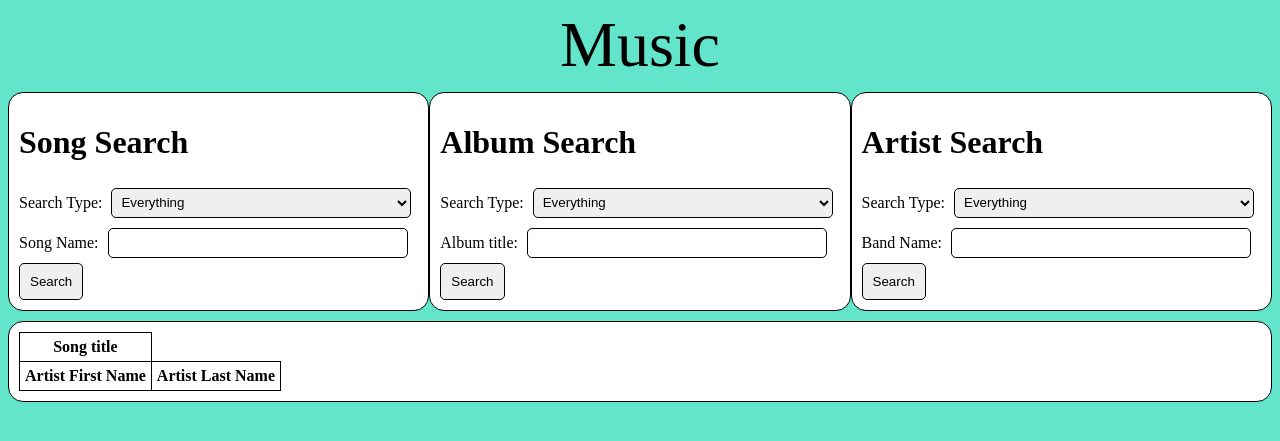
Repository: bparambath/bkp12_INFSCI1017
Page: bkp12_MusicJPAWeb/WebContent/song2.html
These files come from the project's save history. The page is drawn as it stood at one moment and after the next save; the edit follows.
The browser window is 1280 px wide. The pictures show the whole page.

Above is the page before, as saved 2019-04-19 02:57:17.

### bkp12_MusicJPAWeb/WebContent/song2.html
<html>
<head>
<meta charset="UTF-8">
<title>Music Songs</title>
<script src="js/jquery-3.3.1.min.js"></script>
<link href="css/style.css" rel="stylesheet" type="text/css" />
<style>
/*https://www.w3schools.com/howto/tryit.asp?filename=tryhow_css_three_columns*/
* {
  box-sizing: border-box;
}

/* Create three equal columns that floats next to each other */
.column {
  float: left;
  width: 33.33%;
  padding: 10px;
}

/* Clear floats after the columns */
.row:after {
  content: "";
  display: table;
  clear: both;
}
</style>
</head>
<body>
<p style="text-align:center;font-size:64px;margin:0;">Music</p>
<div class="row">
	<div class="column" id="songSearch">
		<h1>Song Search</h1>
		<div>
			Search Type:
			<select name="searchTypeSong" id="searchTypeSong" class="textField">
				<option value="">Everything</option>
				<option value="equals">Equals</option>
				<option value="begins">Begins</option>
				<option value="ends">Ends</option>
				<option value="contains">Contains</option>
			</select>
		</div>
		<div>
			Song Name: <input type="text" id="titleSong" name="titleSong" value="" class="textField" />
		</div>
		<div>
			<input type="button" id="btnSong" name="btnSong" value="Search" />
		</div>
	</div>
	<div class="column" id="albumSearch">
		<h1>Album Search</h1>
		<div>
			Search Type:
			<select name="searchTypeAlbum" id="searchTypeAlbum" class="textField">
				<option value="">Everything</option>
				<option value="equals">Equals</option>
				<option value="begins">Begins</option>
				<option value="ends">Ends</option>
				<option value="contains">Contains</option>
			</select>
		</div>
		<div>
			Album title: <input type="text" id="titleAlbum" name="titleAlbum" value="" class="textField" />
		</div>
		<div>
			<input type="button" id="btnAlbum" name="btnAlbum" value="Search" />
		</div>
	</div>
	<div class="column" id="artistSearch">
		<h1>Artist Search</h1>
		<div>
			Search Type:
			<select name="searchTypeArtist" id="searchTypeArtist" class="textField">
				<option value="">Everything</option>
				<option value="equals">Equals</option>
				<option value="begins">Begins</option>
				<option value="ends">Ends</option>
				<option value="contains">Contains</option>
			</select>
		</div>
		<div>
			Band Name: <input type="text" id="titleArtist" name="titleArtist" value="" class="textField" />
		</div>
		<div>
			<input type="button" id="btnArtist" name="btnArtist" value="Search" />
		</div>
	</div>
</div>

<div id="searchResults">
	<table id="tblSearchResults" >
		<tr class="hide1">
			<th>Song title</th>
			<th>Song Length</th>
			<th>Song File Path</th>
			<th>Song Release Date</th>
			<th>Song Record Date</th>
		</tr>
		<tr class="hide2">
			<th>Album title</th>
			<th>Album release date</th>
			<th>Album cover image path</th>
			<th>Album recording company</th>
			<th>Album number of tracks</th>
			<th>Album PMRC rating</th>
			<th>Album length</th>
		</tr>
		<tr class="hide3">
			<th>Artist first name</th>
			<th>Artist last name</th>
			<th>Artist band name</th>
			<th>Artist bio</th>
		</tr>
		<tr class="hide4">
			<th>Song title</th>
		</tr>
		<tr class="hide5">
			<th>Artist First Name</th>
			<th>Artist Last Name</th>
		</tr>
	</table>
</div>

</body>
<script>
	$(document).ready(function (){
		$('.hide1').hide();
		$('.hide2').hide();
		$('.hide3').hide();

		$("#btnSong").click(function (){
			search("song");
		});
		$("#btnAlbum").click(function (){
			search("album");
		});
		$("#btnArtist").click(function (){
			search("artist");
		});

		$("#titleSong").keyup(function(){
			var keyPressed = $("#titleSong").val();
			if(keyPressed.length > 2){
				search("song");
			}else{
				$(".dataRow").remove();
			}
		});
		$("#titleAlbum").keyup(function(){
			var keyPressed = $("#titleAlbum").val();
			if(keyPressed.length > 2){
				search("album");
			}else{
				$(".dataRow").remove();
			}
		});
		$("#titleArtist").keyup(function(){
			var keyPressed = $("#titleArtist").val();
			if(keyPressed.length > 2){
				search("artist");
			}else{
				$(".dataRow").remove();
			}
		});
	});

	function search(searchType){
		if(searchType === "song"){
			var titleSong = $("#titleSong").val();
			var searchTypeSong = $("#searchTypeSong").val();


			// console.log("Song: " + titleSong);
			// console.log("searchTypeSong: " + searchTypeSong);
			var url = "/bkp12_MusicJPAWeb/servlets/SongListWS?title=" + titleSong + "&searchType=" + searchTypeSong;
			// console.log(url);
			$.get(url, function(resp){
				// console.log(resp);
				parseSongData(resp);

			})
		}else if(searchType === "album"){
			var titleAlbum = $("#titleAlbum").val();
			var searchTypeAlbum = $("#searchTypeAlbum").val();


			// console.log("Song: " + titleSong);
			// console.log("searchTypeSong: " + searchTypeSong);
			var url = "/bkp12_MusicJPAWeb/servlets/AlbumListWS?title=" + titleAlbum + "&searchType=" + searchTypeAlbum;
			// console.log(url);
			$.get(url, function(resp){
				// console.log(resp);
				parseAlbumData(resp);

			})
		}else if(searchType === "artist"){
			var titleArtist = $("#titleArtist").val();
			var searchTypeArtist = $("#searchTypeArtist").val();

			// console.log("Artist: " + titleArtist);
			// console.log("searchTypeArtist: " + searchTypeArtist);
			var url = "/bkp12_MusicJPAWeb/servlets/ArtistListWS?bandName=" + titleArtist + "&searchType=" + searchTypeArtist;
			// console.log(url);
			$.get(url, function(resp){
				// console.log(resp);
				parseArtistData(resp);

			})
		}else{
			console.log("error");
		}
	}

	function parseSongData(data){
		// $("#searchResults").text(JSON.stringify(data));
		$('.hide1').show();
		$('.hide2').hide();
		$('.hide3').hide();
		$(".dataRow").remove();

		var result = "";
		for(var i=0; i < data.length; i++){
			var tr = $("<tr class='dataRow'></tr>"); // created empty html table row

			// First data cell
			var td = $("<td></td>"); // created empty html table data
			td.html(data[i].title);
			tr.append(td);

			// Second data cell
			// Note that we don't need to redeclare this
			td = $("<td></td>");
			td.html(data[i].length)
			tr.append(td);

			// Third data cell
			// Note that we don't need to redeclare this
			td = $("<td></td>");
			td.html(data[i].file_path)
			tr.append(td);

			// Fourth data cell
			// Note that we don't need to redeclare this
			td = $("<td></td>");
			td.html(data[i].release_date)
			tr.append(td);

			// Fifth data cell
			// Note that we don't need to redeclare this
			td = $("<td></td>");
			td.html(data[i].record_date)
			tr.append(td);

			// data cell
			// Note that we don't need to redeclare this
			//td = $("<td></td>");
			//var link = "<a href='song.html?song_id=" + data[i].song_id + "'>View Songs</a>";
			//td.html(link)
			//tr.append(td);

			// Append row to the table
			$("#tblSearchResults").append(tr);

			// result += 'Name: ' + data[i].genre_name + ' Description: ' + data[i].description + '<br />';
		}

		// $("#searchResults").html(result);
	}
	function parseAlbumData(data){
		// $("#searchResults").text(JSON.stringify(data));
		$('.hide1').hide();
		$('.hide2').show();
		$('.hide3').hide();
		$(".dataRow").remove();
		var result = "";
		for(var i=0; i < data.length; i++){
			var tr = $("<tr class='dataRow'></tr>"); // created empty html table row

			// First data cell
			var td = $("<td></td>"); // created empty html table data
			td.html(data[i].title);
			tr.append(td);

			// Second data cell
			// Note that we don't need to redeclare this
			td = $("<td></td>");
			td.html(data[i].release_date)
			tr.append(td);

			// Third data cell
			// Note that we don't need to redeclare this
			td = $("<td></td>");
			td.html(data[i].cover_image_path)
			tr.append(td);

			// Fourth data cell
			// Note that we don't need to redeclare this
			td = $("<td></td>");
			td.html(data[i].recording_company)
			tr.append(td);

			// Fifth data cell
			// Note that we don't need to redeclare this
			td = $("<td></td>");
			td.html(data[i].number_of_tracks)
			tr.append(td);

			// Sixth data cell
			// Note that we don't need to redeclare this
			td = $("<td></td>");
			td.html(data[i].pmrcRating)
			tr.append(td);

			// Seventh data cell
			// Note that we don't need to redeclare this
			td = $("<td></td>");
			td.html(data[i].length)
			tr.append(td);

			// data cell
			// Note that we don't need to redeclare this
			//td = $("<td></td>");
			//var link = "<a href='song.html?song_id=" + data[i].song_id + "'>View Songs</a>";
			//td.html(link)
			//tr.append(td);

			// Append row to the table
			$("#tblSearchResults").append(tr);

			// result += 'Name: ' + data[i].genre_name + ' Description: ' + data[i].description + '<br />';
		}

		// $("#searchResults").html(result);
	}
	function parseArtistData(data){
		// $("#searchResults").text(JSON.stringify(data));
		$('.hide1').hide();
		$('.hide2').hide();
		$('.hide3').show();
		$(".dataRow").remove();
		var result = "";
		console.log(data);
		for(var i=0; i < data.length; i++){
			var tr = $("<tr class='dataRow'></tr>"); // created empty html table row

			// First data cell
			var td = $("<td></td>"); // created empty html table data
			td.html(data[i].first_name);
			tr.append(td);

			// Second data cell
			// Note that we don't need to redeclare this
			td = $("<td></td>");
			td.html(data[i].last_name)
			tr.append(td);

			// Third data cell
			// Note that we don't need to redeclare this
			td = $("<td></td>");
			td.html(data[i].band_name)
			tr.append(td);

			// Fourth data cell
			// Note that we don't need to redeclare this
			td = $("<td></td>");
			td.html(data[i].bio)
			tr.append(td);

			// data cell
			// Note that we don't need to redeclare this
			//td = $("<td></td>");
			//var link = "<a href='song.html?song_id=" + data[i].song_id + "'>View Songs</a>";
			//td.html(link)
			//tr.append(td);

			// Append row to the table
			$("#tblSearchResults").append(tr);

			// result += 'Name: ' + data[i].genre_name + ' Description: ' + data[i].description + '<br />';
		}

		// $("#searchResults").html(result);
	}
</script>
</html>

### bkp12_MusicJPAWeb/WebContent/css/style.css
#genreSearch{
	border: 1px solid #000;
	padding: 10px;
	border-radius: 15px;
}

body{
    background-color: #62e5cb;
}

.textField{
	border: 1px solid #000;
	border-radius: 5px;
	padding: 5px;
	margin: 5px;
	width: 300px;
	height: 30px;
}

.column{
	border: 1px solid #000;
	padding: 10px;
	margin-top: 10px;
	border-radius: 15px;
	background-color: white;
}

#searchResults{
	border: 1px solid #000;
	padding: 10px;
	margin-top: 10px;
	border-radius: 15px;
	background-color: white;
}

input[type=button]{
	border: 1px solid #000;
	padding: 10px;
	border-radius: 5px;

}
#tblSearchResults{
	border-collapse: collapse;
}

#tblSearchResults tr th, td{
	border: 1px solid #000;
	padding: 5px;

}

Loaded but not shown: bkp12_MusicJPAWeb/WebContent/js/jquery-3.3.1.min.js (library)

After the next save:
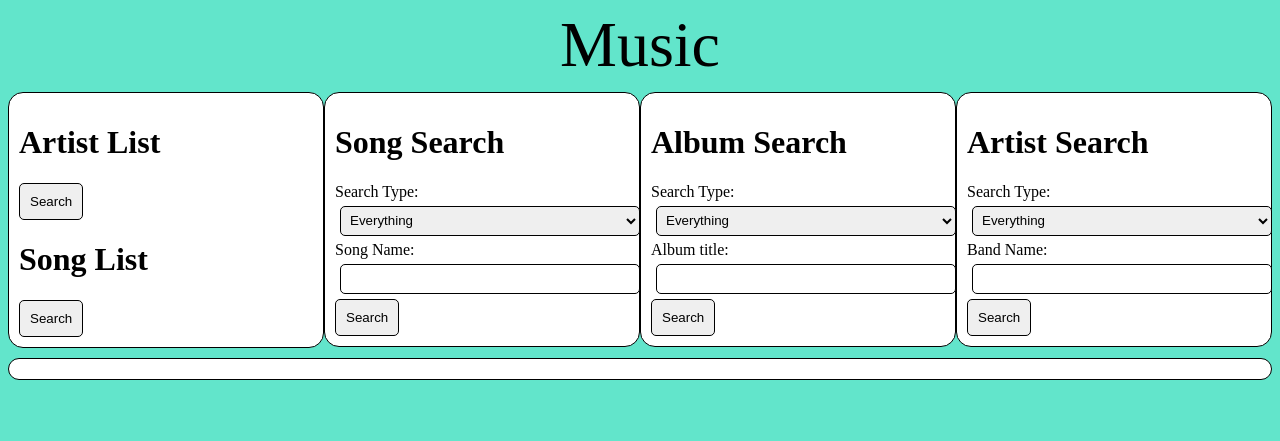
Saved 74 s later.
--- a/bkp12_MusicJPAWeb/WebContent/song2.html
+++ b/bkp12_MusicJPAWeb/WebContent/song2.html
@@ -13,7 +13,7 @@
 /* Create three equal columns that floats next to each other */
 .column {
   float: left;
-  width: 33.33%;
+  width: 25%;
   padding: 10px;
 }
 
@@ -28,6 +28,16 @@
 <body>
 <p style="text-align:center;font-size:64px;margin:0;">Music</p>
 <div class="row">
+	<div class="column" id="listButtons">
+		<h1>Artist List</h1>
+		<div class="row" id="artistList">
+			<input type="button" id="btnArtistList" name="btnArtistList" value="Search" />
+		</div>
+		<h1>Song List</h1>
+		<div class="row" id="artistSong">
+			<input type="button" id="btnSongList" name="btnSongList" value="Search" />
+		</div>
+	</div>
 	<div class="column" id="songSearch">
 		<h1>Song Search</h1>
 		<div>
@@ -127,7 +137,8 @@
 		$('.hide1').hide();
 		$('.hide2').hide();
 		$('.hide3').hide();
-
+		$('.hide4').hide();
+		$('.hide5').hide();
 		$("#btnSong").click(function (){
 			search("song");
 		});
@@ -136,6 +147,12 @@
 		});
 		$("#btnArtist").click(function (){
 			search("artist");
+		});
+		$("#btnArtistList").click(function (){
+			search("artistList");
+		});
+		$("#btnSongList").click(function (){
+			search("songList");
 		});
 
 		$("#titleSong").keyup(function(){
@@ -206,6 +223,33 @@
 				parseArtistData(resp);
 
 			})
+		}else if(searchType === "songList"){
+			var titleSong = "";
+			var searchTypeSong = "";
+
+
+			// console.log("Song: " + titleSong);
+			// console.log("searchTypeSong: " + searchTypeSong);
+			var url = "/bkp12_MusicJPAWeb/servlets/SongListWS";
+			console.log(url);
+			$.get(url, function(resp){
+				// console.log(resp);
+				parseSongListData(resp);
+
+			})
+		}else if(searchType === "artistList"){
+			var titleArtist = "";
+			var searchTypeArtist = "";
+
+			// console.log("Artist: " + titleArtist);
+			// console.log("searchTypeArtist: " + searchTypeArtist);
+			var url = "/bkp12_MusicJPAWeb/servlets/ArtistListWS";
+			console.log(url);
+			$.get(url, function(resp){
+				// console.log(resp);
+				parseArtistListData(resp);
+
+			})
 		}else{
 			console.log("error");
 		}
@@ -216,6 +260,8 @@
 		$('.hide1').show();
 		$('.hide2').hide();
 		$('.hide3').hide();
+		$('.hide4').hide();
+		$('.hide5').hide();
 		$(".dataRow").remove();
 
 		var result = "";
@@ -271,6 +317,8 @@
 		$('.hide1').hide();
 		$('.hide2').show();
 		$('.hide3').hide();
+		$('.hide4').hide();
+		$('.hide5').hide();
 		$(".dataRow").remove();
 		var result = "";
 		for(var i=0; i < data.length; i++){
@@ -337,6 +385,8 @@
 		$('.hide1').hide();
 		$('.hide2').hide();
 		$('.hide3').show();
+		$('.hide4').hide();
+		$('.hide5').hide();
 		$(".dataRow").remove();
 		var result = "";
 		console.log(data);
@@ -381,5 +431,64 @@
 
 		// $("#searchResults").html(result);
 	}
+
+	function parseSongListData(data){
+		// $("#searchResults").text(JSON.stringify(data));
+		$('.hide1').hide();
+		$('.hide2').hide();
+		$('.hide3').hide();
+		$('.hide4').show();
+		$('.hide5').hide();
+		$(".dataRow").remove();
+		var result = "";
+		console.log(data);
+		for(var i=0; i < data.length; i++){
+			var tr = $("<tr class='dataRow'></tr>"); // created empty html table row
+
+			// First data cell
+			var td = $("<td></td>"); // created empty html table data
+			td.html(data[i].title);
+			tr.append(td);
+
+			// Append row to the table
+			$("#tblSearchResults").append(tr);
+
+			// result += 'Name: ' + data[i].genre_name + ' Description: ' + data[i].description + '<br />';
+		}
+
+		// $("#searchResults").html(result);
+	}
+
+	function parseArtistListData(data){
+		// $("#searchResults").text(JSON.stringify(data));
+		$('.hide1').hide();
+		$('.hide2').hide();
+		$('.hide3').hide();
+		$('.hide4').hide();
+		$('.hide5').show();
+		$(".dataRow").remove();
+		var result = "";
+		console.log(data);
+		for(var i=0; i < data.length; i++){
+			var tr = $("<tr class='dataRow'></tr>"); // created empty html table row
+
+			// First data cell
+			var td = $("<td></td>"); // created empty html table data
+			td.html(data[i].first_name);
+			tr.append(td);
+
+			// First data cell
+			var td = $("<td></td>"); // created empty html table data
+			td.html(data[i].last_name);
+			tr.append(td);
+
+			// Append row to the table
+			$("#tblSearchResults").append(tr);
+
+			// result += 'Name: ' + data[i].genre_name + ' Description: ' + data[i].description + '<br />';
+		}
+
+		// $("#searchResults").html(result);
+	}
 </script>
 </html>
